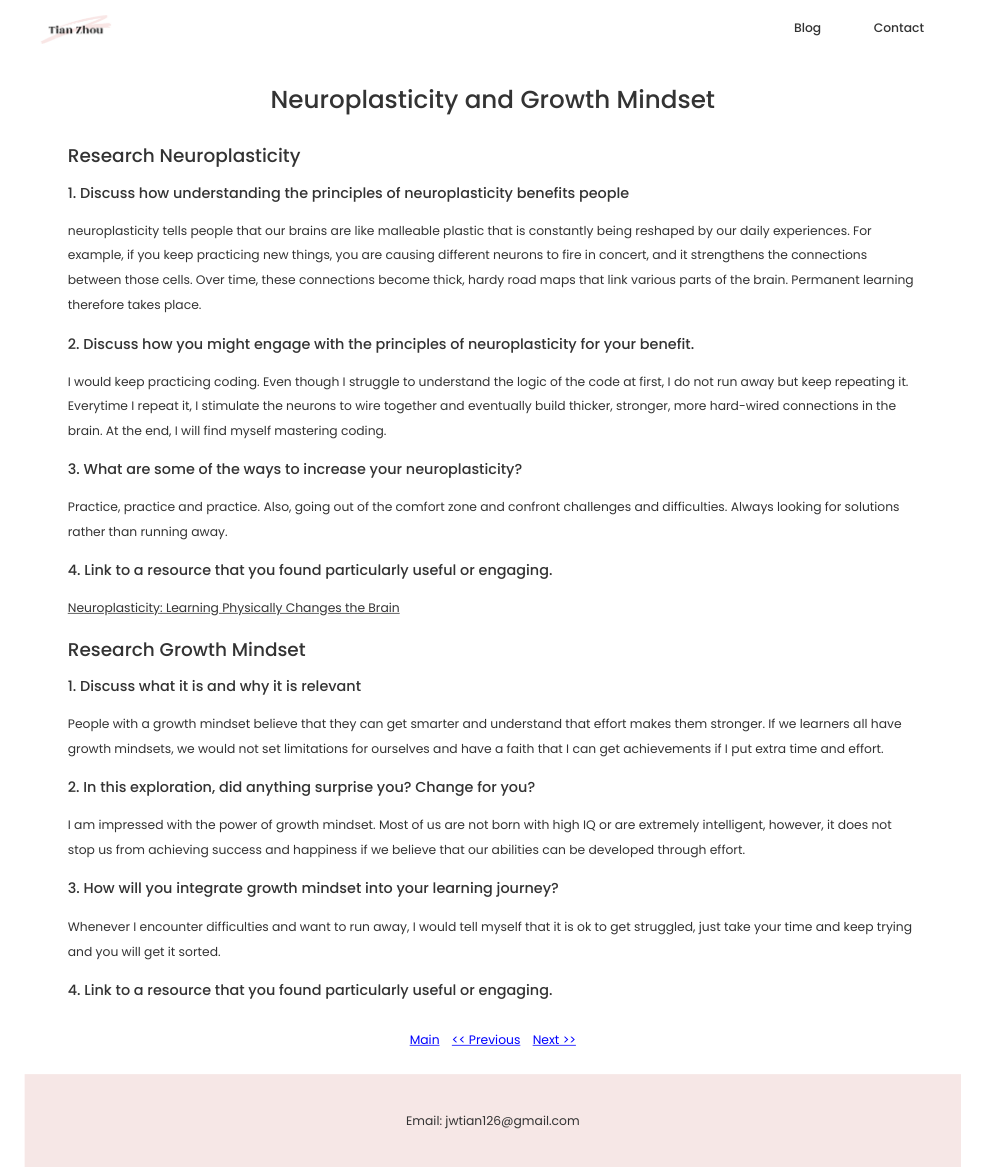
Repository: Tiaanz/Tiaanz.github.io
Page: blog/neuroplasticity.html
An editor plug-in stored every save of this project. The page is shown before and after the next save, followed by the edit.
The browser window is 1280 px wide. The pictures show the whole page, at 77% of full size.

Above is the page before, as saved 2023-01-30 14:38:07.

After the next save:
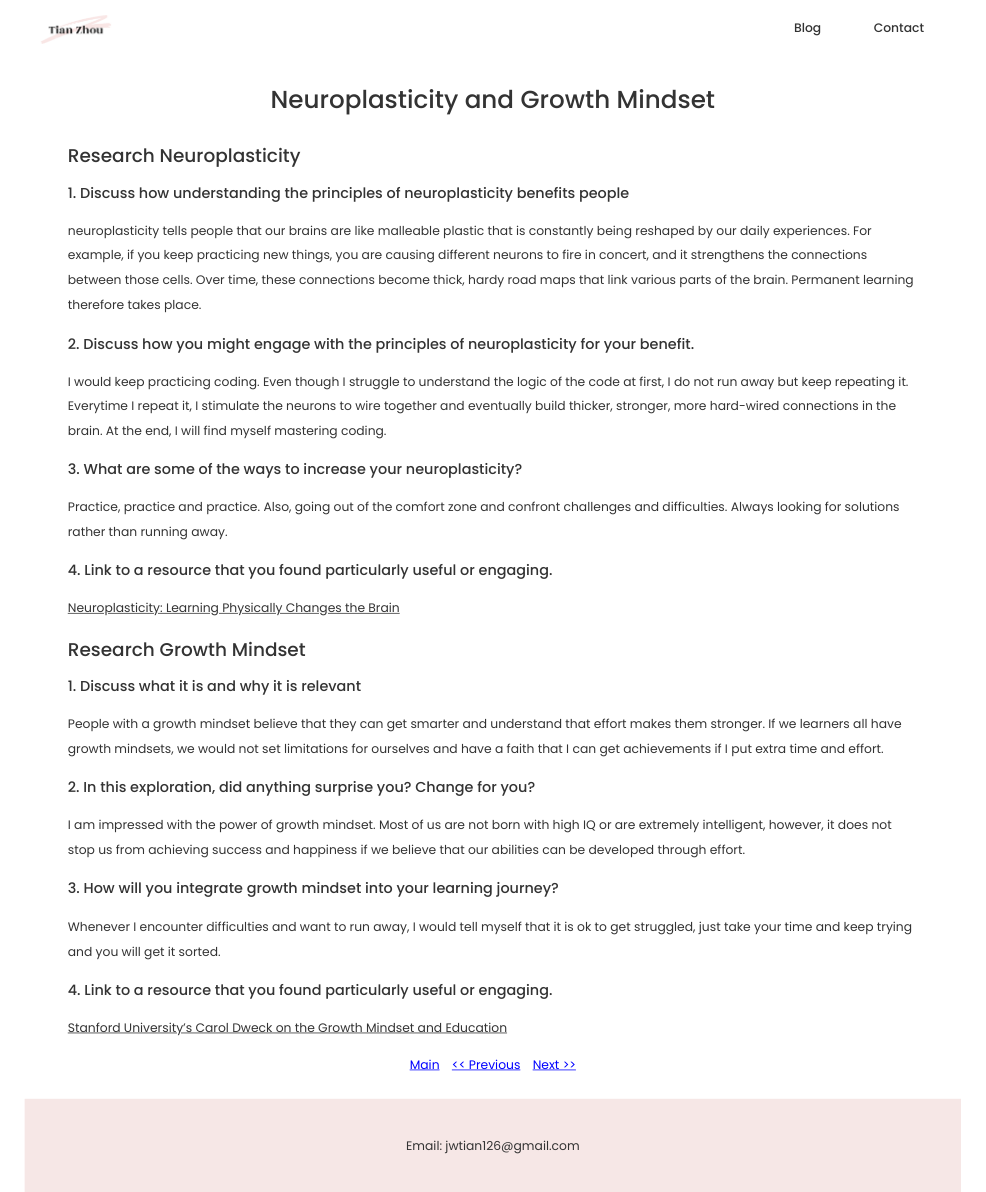
Saved 13 s later.
--- a/blog/neuroplasticity.html
+++ b/blog/neuroplasticity.html
@@ -58,7 +58,7 @@
             <h3>4. Link to a resource that you found particularly useful or engaging.</h3>
             <p><a href="https://onedublin.org/2012/06/19/stanford-universitys-carol-dweck-on-the-growth-mindset-and-education/
 
-                "></a></p>
+                ">Stanford University’s Carol Dweck on the Growth Mindset and Education</a></p>
             <div class="page-nav">
                 <a href="../index.html">Main</a>
                 <a href="./emotional-intelligence.html"> &lt&lt Previous</a>
